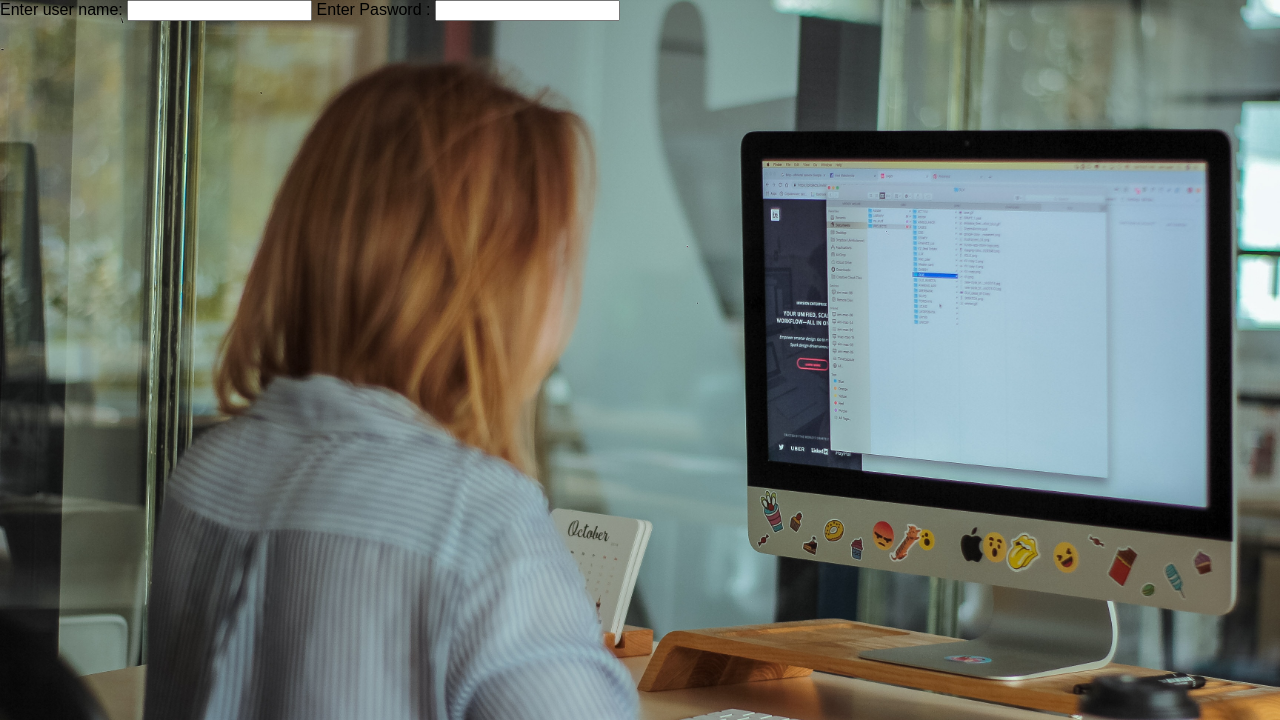
Repository: MyselfAman/Login_Page_Servlet
Page: http://localhost/Login_Page/login.jsp
These files come from the project's save history. The page is drawn as it stood at one moment and after the next save; the edit follows.
The browser window is 1280 px wide. The pictures show the whole page.
The page is served by Tomcat 9.

Above is the page before, as saved 2019-08-08 04:35:53.

After the next save:
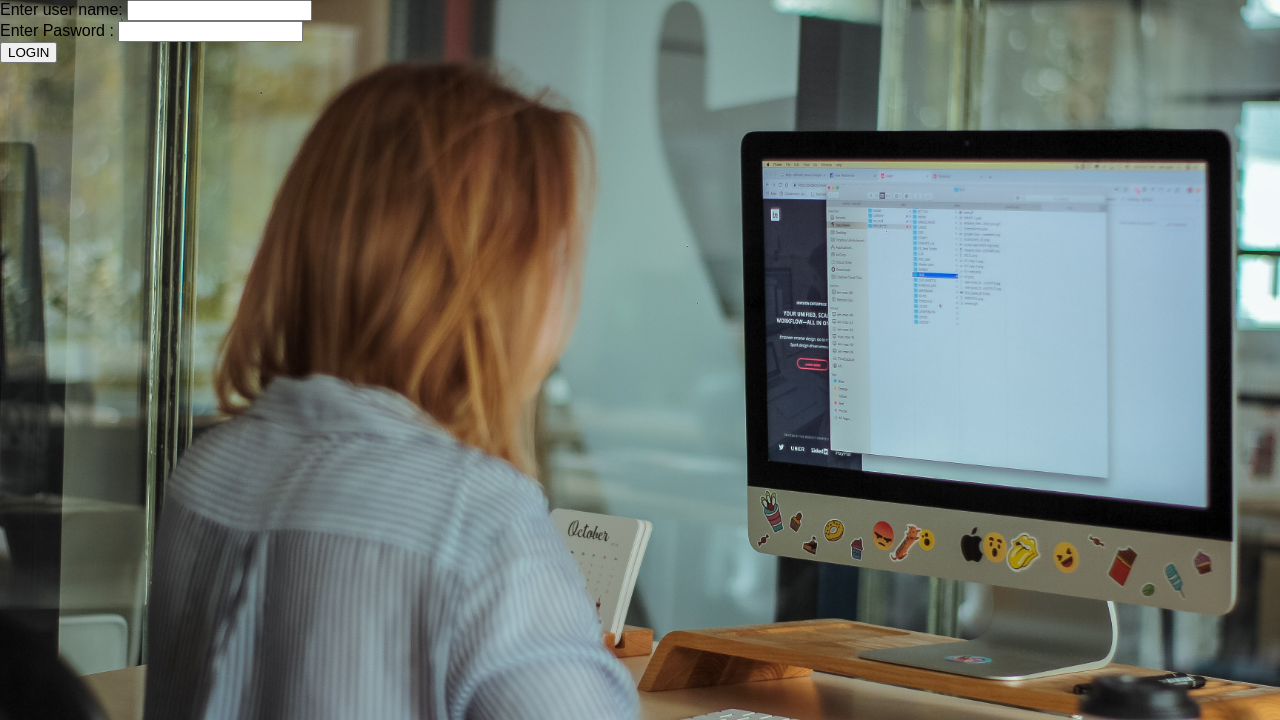
Saved 37 s later.
--- a/Login_Page/WebContent/login.jsp
+++ b/Login_Page/WebContent/login.jsp
@@ -9,9 +9,9 @@
 </head>
 <body>
  <form action="login">
- Enter user name: <input type="text" name="username">
- Enter Pasword  : <input type="password" name="password">
- <input type="submit" value="LOGIN>
+ Enter user name: <input type="text" name="username"><br>
+ Enter Pasword  : <input type="password" name="password"><br>
+ <input type="submit" value="LOGIN">
  </form>
 </body>
 </html>
